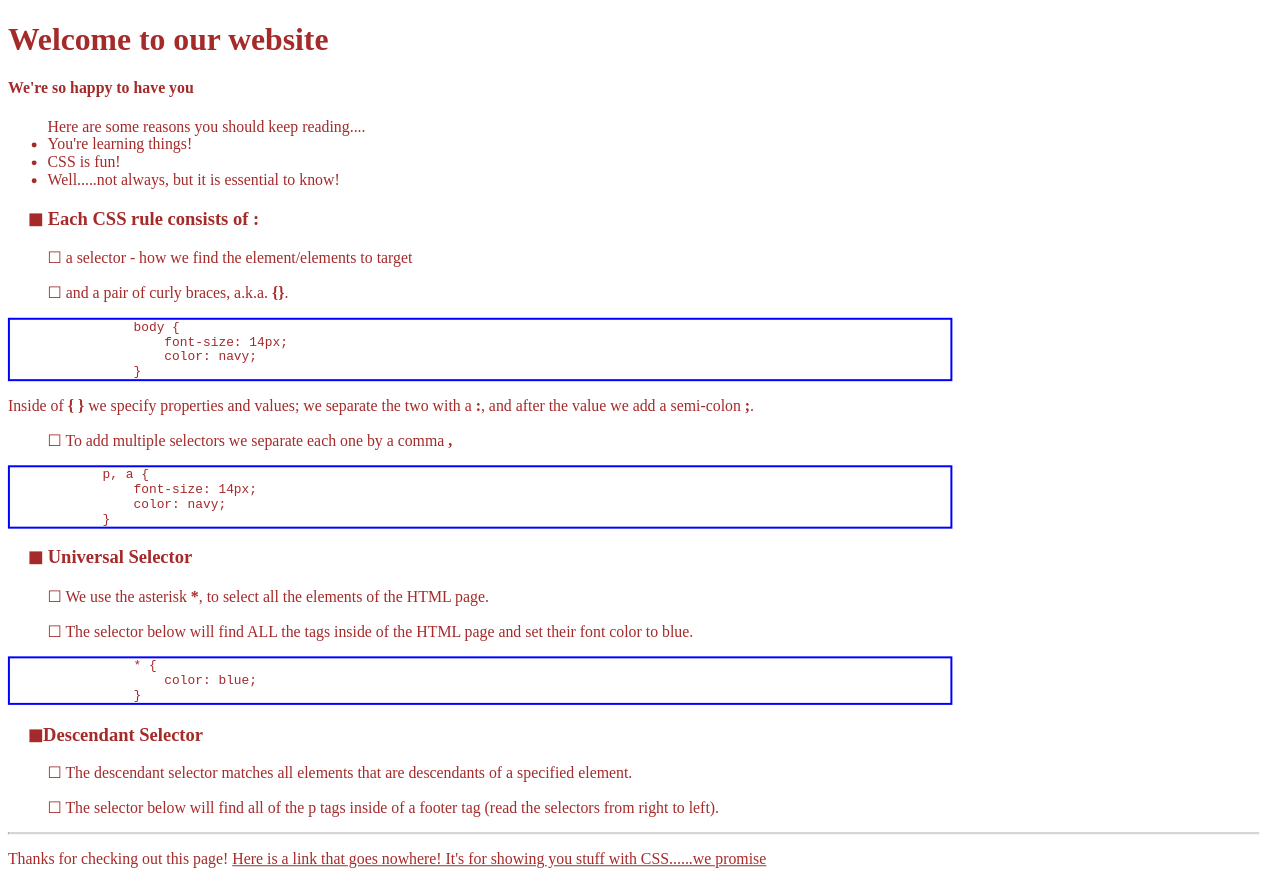
Repository: AnnaSpirit/Tests__
Page: CSS/Useful_Selectors.html
An editor plug-in stored every save of this project. The page is shown before and after the next save, followed by the edit.
The browser window is 1280 px wide. The pictures show the whole page, at 99% of full size.

Above is the page before, as saved 2024-04-01 17:24:54.

### CSS/Useful_Selectors.html
<!DOCTYPE html>
<html lang="en">
<head>
    <meta charset="UTF-8">
    <meta name="viewport" content="width=device-width, initial-scale=1.0">
    <title>Useful Selectors</title>
    <link rel="stylesheet" href="style_Selectors.css">
</head>
<body>
    <header>
        <h1>Welcome to our website</h1>
        <h4>We're so happy to have you</h4>
    </header>
    <section>
        <ul> Here are some reasons you should keep reading....
            <li>You're learning things!</li>
            <li>CSS is fun!</li>
            <li>Well.....not always, but it is essential to know!</li>
        </ul>
    </section>
    <section>
        <h3 style="padding-left: 20px;"> &#9724; Each CSS rule consists of :</h3>
            <p style="padding-left: 40px;"> &#9744; a selector - how we find the element/elements to target</p>
            <p style="padding-left: 40px;"> &#9744; and a pair of curly braces, a.k.a. <b>{}</b>.</p>
            <span > <pre style="border: 2px solid blue; margin-right: 310px">
                body {
                    font-size: 14px;
                    color: navy;
                }</pre></span>
    <p>Inside of <b>{ }</b> we specify properties and values; we separate the two with a <b>:</b>, and after the value we add a semi-colon <b>;</b>.</p>
            <p style="padding-left: 40px;"> &#9744; To add multiple selectors we separate each one by a comma <b>,</b></p>
    <span>
        <pre style="border: 2px solid blue; margin-right: 310px">
            p, a {
                font-size: 14px;
                color: navy;
            }</pre>
        </span>
        <h3 style="padding-left: 20px;"> &#9724; Universal Selector</h3>
        <p style="padding-left: 40px;">&#9744; We use the asterisk <b>*</b>, to select all the elements of the HTML page.</p>
        <p style="padding-left: 40px;">&#9744; The selector below will find ALL the tags inside of the HTML page and set their font color to blue.</p>
    <span>
        <pre style="border: 2px solid blue; margin-right: 310px">
                * {
                    color: blue;
                }</pre>
    </span>
    <h3 style="padding-left: 20px;"> &#9724;Descendant Selector</h3>
    <p style="padding-left: 40px;">&#9744; The descendant selector matches all elements that are descendants of a specified element.</p>
    <p style="padding-left: 40px;">&#9744; The selector below will find all of the p tags inside of a footer tag (read the selectors from right to left).</p>
    </section>
    <hr>
    <footer>

        <p>
            Thanks for checking out this page!
            <a href="#">Here is a link that goes nowhere! It's for showing you stuff with CSS......we promise</a>
        </p>
    </footer>
</body>
</html>

### CSS/style_Selectors.css
/* Universal Selector */
* {
    color: brown;
}

After the next save:
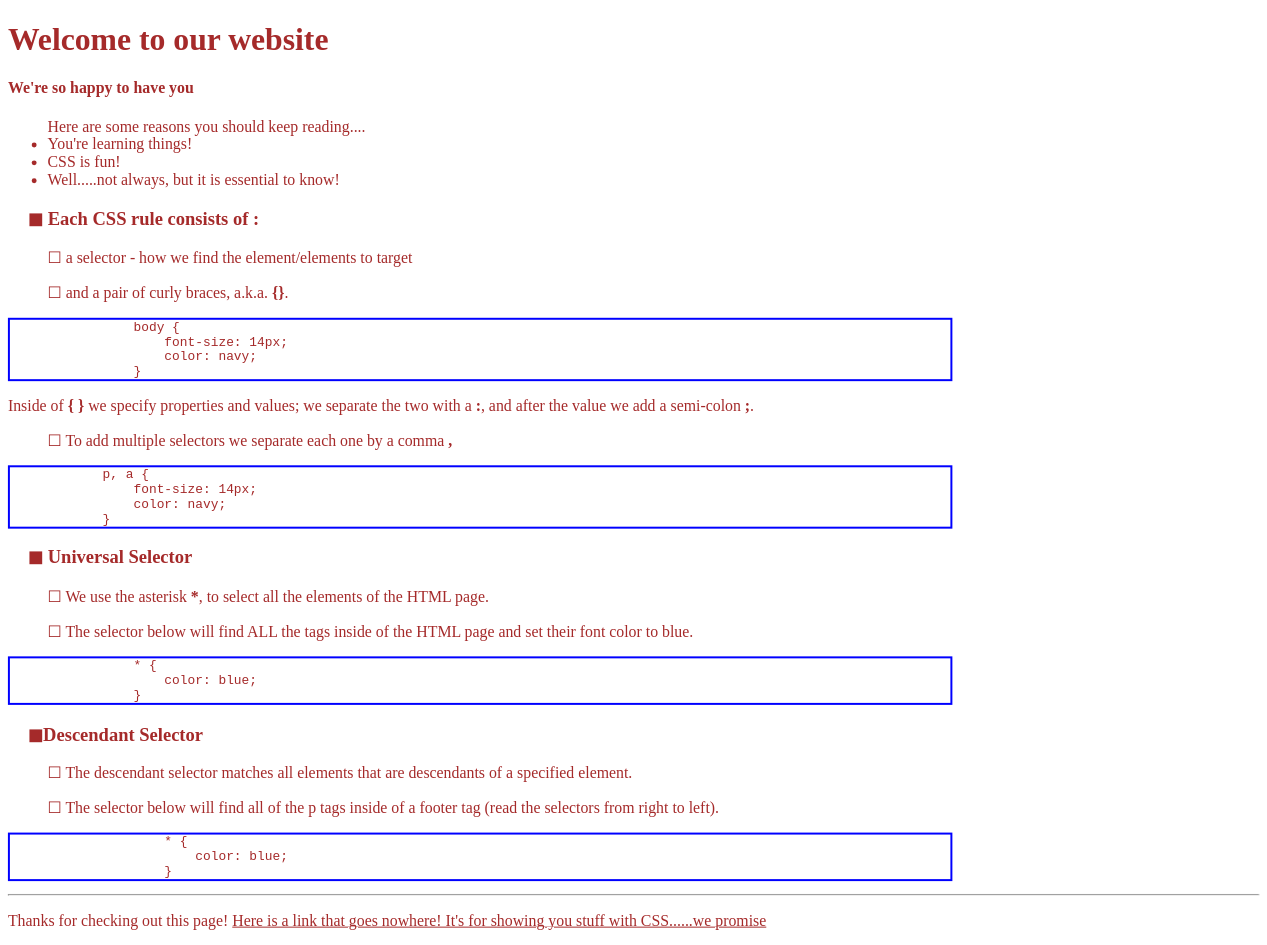
Saved 21 s later.
--- a/CSS/Useful_Selectors.html
+++ b/CSS/Useful_Selectors.html
@@ -48,6 +48,12 @@
     <h3 style="padding-left: 20px;"> &#9724;Descendant Selector</h3>
     <p style="padding-left: 40px;">&#9744; The descendant selector matches all elements that are descendants of a specified element.</p>
     <p style="padding-left: 40px;">&#9744; The selector below will find all of the p tags inside of a footer tag (read the selectors from right to left).</p>
+    <span>
+        <pre style="border: 2px solid blue; margin-right: 310px">
+                    * {
+                        color: blue;
+                    }</pre>
+    </span>
     </section>
     <hr>
     <footer>
